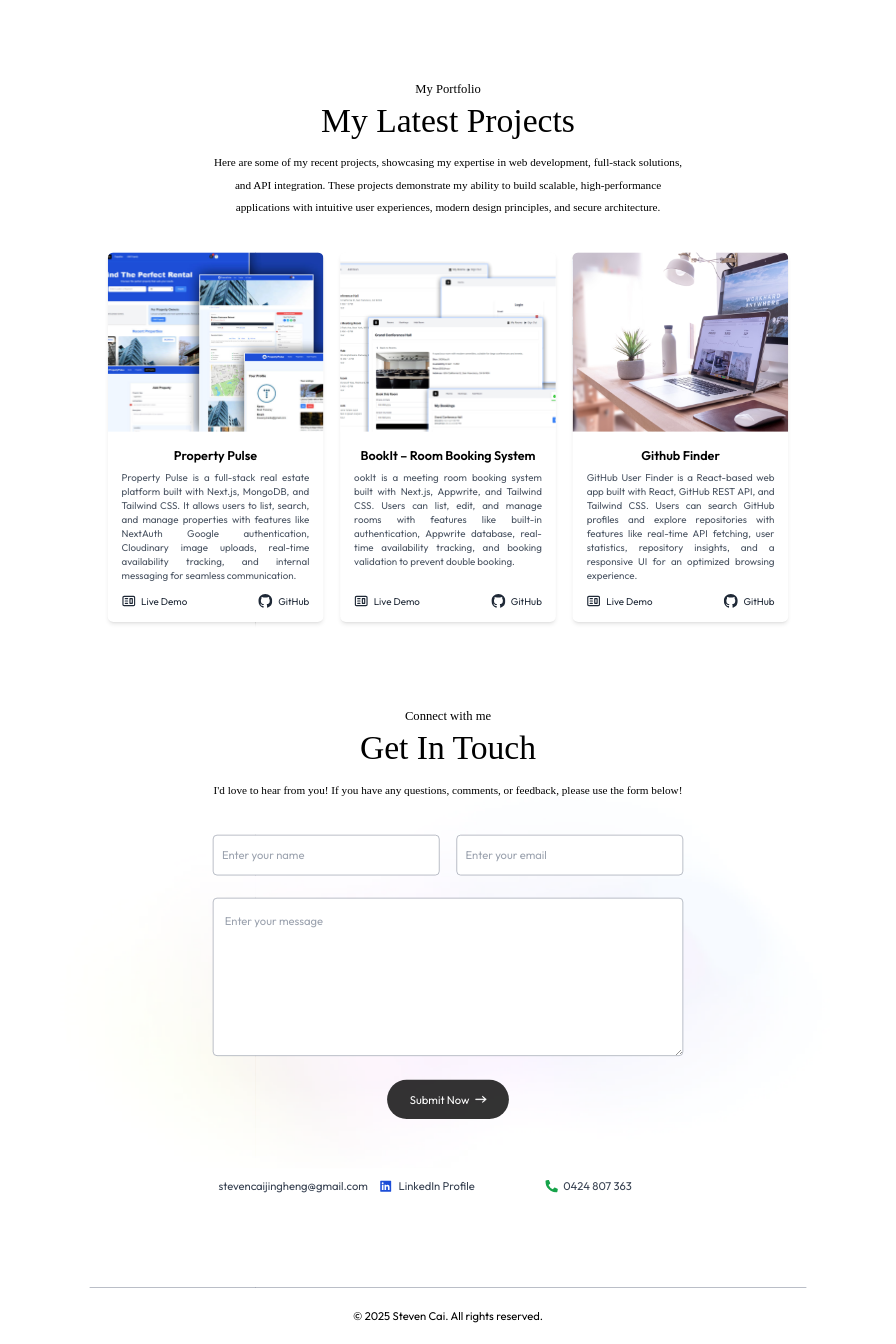
Repository: Steven4cai/profolio
Page: /
These files come from the project's save history. The page is drawn as it stood at one moment and after the next save; the edit follows.
The browser window is 1280 px wide. The pictures show the part of the page from y = 2281 to 4201 px (the page is 4201 px tall), at 70% of full size.
Some web fonts or font styles are not loaded; a fallback is used. The project was rebuilt for these pictures with package versions that can differ from the ones it lists, and the page was loaded fresh each time. The framework's server and built-in components were replaced by stand-ins that run in the browser. Also part of the build but not shown: next.config.mjs.

Above is the page before, as saved 2025-02-09 14:39:03.

### app/layout.js
import {Outfit,Ovo} from "next/font/google";
import "./globals.css";

const outfit = Outfit({
  subsets: ["latin"],weight:["400","500","600","700"]
});

const ovo = Ovo({
  subsets: ["latin"],weight:["400"]
});

export const metadata = {
  title: "Profolio - Steven",
  description: "",
};

export default function RootLayout({ children }) {
  return (
    <html lang="en" className="scroll-smooth ">
      <body className={`${outfit.className} ${ovo.className} antialiased leading-8 overflow-x-hidden
      dark:bg-darkTheme dark:text-white`}>
        <main>{children}</main>
      </body>
    </html>
  );
}

### app/page.js
'use client'
import About from "@/components/About";
import Header from "@/components/Header";
import Navbar from "@/components/Navbar";
import Services from "@/components/Services";
import Work from "@/components/Work";
import Contact from "@/components/Contact";
import Footer from "@/components/Footer";
import { useEffect, useState } from "react";

export default function Home() {
  const [isDark,setIsDark] = useState(false)

  useEffect(()=>{
    if(localStorage.theme === 'dark' || (!('theme' in localStorage) && window.matchMedia('(prefers-color-scheme:dark)').matches)){
      setIsDark(true)
    }else{
      setIsDark(false)
    }
  },[])

  useEffect(()=>{
    if(isDark){
      document.documentElement.classList.add('dark')
      localStorage.theme = 'dark'
    }else{
      document.documentElement.classList.remove('dark')
      localStorage.theme = ''
    }
  } ,[isDark])
  return (
    <>
    <Navbar isDark = {isDark} setIsDark = {setIsDark}/>
    <Header isDark = {isDark}/>
    <About isDark = {isDark}/>
    <Services isDark = {isDark}/>
    <Work isDark = {isDark}/>
    <Contact isDark = {isDark}/>
    <Footer isDark = {isDark}/>
    </>
  );
}

### components/About.jsx
import Image from 'next/image'
import React from 'react'
import {assets, infoList, toolsData} from '@/assets/assets'


const About = ({isDark}) => {
  return (
    <div id='about' className='w-full px-[12%] py-10 scroll-mt-20'>
      <h4 className='text-center mb-2 text-lg font-Ovo'>Introduction</h4>
      <h2 className='text-center text-5xl font-Ovo'>About Me</h2>

    <div className='flex w-full flex-col lg:flex-row items-center gap-20 my-20'>
        <div className='w-64 sm:w-80 rounded-3xl max-w-none'>
            <Image src={assets.user_image} alt='user'
            className='w-full rounded-3xl'/>
        </div>
        <div className='flex-1'>
            <p className='mb-10 max-w-2xl font-Ovo'>
            I am a web developer with a background in IT and software
         engineering. I specialize in building scalable and efficient web
          applications, focusing on clean code, performance optimization,
          and user experience. Skilled in both front-end and back-end
          technologies, I am always eager to learn and apply new solutions.
            </p>
            <ul className='grid grid-cols-1 sm:grid-cols-3 gap-6 max-w-2xl'>
                {infoList.map((info,index) => (
                    <li
                    className='border-[0.5px] border-gray-400 rounded-xl p-6
                    cursor-pointer hover:bg-lightHover hover:-translate-y-1 duration-500
                    hover:shadow-black
                    dark:border-white dark:hovr:shadow-white dark:hover:bg-darkHover/50'
                    key={index}>
                        <Image src={isDark ? info.iconDark : info.icon} alt={info.title} className='w-7 mt-3'/>
                        <h3 className='my-4 font-semiblod text-gray-700 dark:text-white'>{info.title}</h3>
                        <p className='text-gray-600 text-sm dark:text-white/80'>{info.description}</p>
                    </li>
                ))}
            </ul>

            <h4 className='my-6 text-gray-700 font-Ovo dark:text-white/80'>Tools I use</h4>


                <ul className='flex items-center gap-3 sm:gap-5'>
                    {toolsData.map((tool,index) => (
                        <li className=
                        'flex items-center justify-center w-12 sm:w-14 aspect-square border border-gray-400 rounded-lg cursor-pointer hover:-translate-y-1 duration-500'
                         key={index}>
                            <Image src={tool} alt='Tool' className='w-5 sm:w-7' />
                        </li>
                    ))}
                </ul>
        </div>
    </div>

    </div>
  )
}

export default About

### components/Header.jsx
import React from 'react'
import Image from 'next/image'
import {assets} from '@/assets/assets'

const Header = () => {
  return (
    <div className=
    'w-11/12 max-w-3xl text-center mx-auto h-screen flex flex-col items-center justify-center gap-4'>
      <div>
        <Image src={assets.profile_img} alt='' className='rounded-full w-32'/>
      </div>
      <h3 className='flex items-end gap-2 text-xl md:text-2xl mb-3 font-Ovo'>Hi! I'm Steven Cai <Image src={assets.hand_icon} alt='' className='w-6'/></h3>
        <h1 className='text-3xl sm:text-6xl lg:text-[66px] font-Ovo'>Frontend web developer based in Sydney</h1>
        <p className='max-w-2xl mx-auto font-Ovo'>
          Web developer with a strong foundation in software engineering,
           specializing in building efficient, scalable, and user-friendly
            applications.
        </p>
        <div className=
        'flex flex-col sm:flex-row items-center gap-4 mt-4'>
            <a href="#contact"
             className='px-10 py-3 border rounded-full bg-black text-white flex items-center gap-2
             dark:bg-transparent'>
                Contact me  <Image src={assets.right_arrow_white} alt='' className='w-4'/></a>
            <a href="/Steven_Cai_ITResume.pdf" download
            className='px-10 py-3 border rounded-full border-gray-500 flex items-center gap-2
            bg-white dark:text-black'
            >My resume  <Image src={assets.download_icon} alt='' className='w-4'/></a>

        </div>


    </div>
  )
}

export default Header

### components/Navbar.jsx
'use client'

import Image from 'next/image'
import React, { useEffect, useState } from 'react'
import {assets} from '@/assets/assets'

const Navbar = ({isDark,setIsDark}) => {
    const [isScroll, setIsScrool] = useState(false)

    const [isMenuOpen, setIsMenuOpen] = useState(false);

    const openMenu = () => {
        setIsMenuOpen(true);
    };

    const closeMenu = () => {
        setIsMenuOpen(false);
    };

    useEffect(()=>{
        window.addEventListener('scroll',()=>{
            if(scrollY > 50){
                setIsScrool(true)
            }else{
                setIsScrool(false)
            }
        })
    } ,[])

    return (
        <>
            <div className='fixed top-0 right-0 w-11/12 -z-10 translate-y-[-80%] dark:hidden'>
                <Image src={assets.header_bg_color} alt='' className='w-full' />
            </div>

            <nav className={`w-full fixed px-5 lg:px-8 xl:px-[8%] py-4 flex
                items-center justify-between z-50 ${isScroll
                ? 'bg-white bg-opacity-50 backdrop-blur-lg shadow-sm dark:bg-darkTheme dark:shadow-white/20'
                : ''}`}>
                <a href="#top">
                    <Image alt='logo' className='w-28 cursor-pointer mr-14 bg-white rounded-full' src={assets.logo} />
                </a>

                <ul className={`hidden md:flex items-center gap-6
                    lg:gap-8 rounded-full px-12 py-3
                    ${isScroll ?'' : 'bg-white shadow-sm bg-opacity-50 dark:border dark:border-white/50 dark:bg-transparent'}`}>
                    <li><a className='font-Ovo' href="#top">Home</a></li>
                    <li><a className='font-Ovo' href="#about">About me</a></li>
                    <li><a className='font-Ovo' href="#services">Services</a></li>
                    <li><a className='font-Ovo' href="#work">My Work</a></li>
                    <li><a className='font-Ovo' href="#contact">Contact me</a></li>
                </ul>

                <div className='flex items-center gap-4'>

                    <button onClick={() => setIsDark(prev => !prev)}>
                        <Image src={isDark ? assets.sun_icon : assets.moon_icon} alt='' className='w-6' />
                    </button>

                    <a href='#contact' className='hidden lg:flex items-center gap-3 px-10 py-2.5
                    border border-gray-500 rounded-full ml-4 font-Ovo
                    dark:border-white/50'>
                        Contact <Image className='w-3' src={isDark ?assets.arrow_icon_dark :assets.arrow_icon} alt='arrowicon' />
                    </a>

                    <button className='block md:hidden ml-3' onClick={openMenu}>
                        <Image src={isDark ?assets.menu_white :assets.menu_black} alt='' className='w-6' />
                    </button>
                </div>

                <ul className={`flex flex-col gap-4 py-20 px-10
                fixed -right-0 top-0 bottom-0 w-64 z-50 h-screen bg-rose-50
                transition duration-500' dark:bg-darkHover dark:text-white
                ${isMenuOpen ? 'translate-x-0' : 'translate-x-[16rem]'} md:hidden`}>
                    {/* Close Button */}
                    <div className='absolute right-6 top-6' onClick={closeMenu}>
                        <Image src={isDark ?assets.close_white :assets.close_black} alt='' className='w-5 cursor-pointer' />
                    </div>

                    <li><a onClick={closeMenu} className='font-Ovo' href="#top">Home</a></li>
                    <li><a onClick={closeMenu} className='font-Ovo' href="#about">About me</a></li>
                    <li><a onClick={closeMenu} className='font-Ovo' href="#services">Services</a></li>
                    <li><a onClick={closeMenu} className='font-Ovo' href="#work">My Work</a></li>
                    <li><a onClick={closeMenu} className='font-Ovo' href="#contact">Contact me</a></li>
                </ul>
            </nav>
        </>
    )
}

export default Navbar;

### components/Services.jsx
import React from "react";
import { TbWorld } from "react-icons/tb";
import { RiStackFill } from "react-icons/ri";
import { AiOutlineApi } from "react-icons/ai";
import { MdSecurity } from "react-icons/md";

export const serviceData = [
  { icon: <TbWorld className="text-4xl text-gray-700 dark:text-white" />, title: 'Frontend Development', description: 'Building modern, responsive, and interactive web applications using React.js, Next.js, and Tailwind CSS to ensure seamless user experience.', link: '' },
  { icon: <RiStackFill className="text-4xl text-gray-700 dark:text-white" />, title: 'Full-Stack Development', description: 'Developing scalable web applications with Next.js, Appwrite, MongoDB, and Firebase, handling both frontend and backend efficiently.', link: '' },
  { icon: <AiOutlineApi className="text-4xl text-gray-700 dark:text-white" />, title: 'API Development & Integration', description: 'Creating and integrating RESTful APIs to enable smooth data communication between systems, ensuring high performance and security.', link: '' },
  { icon: <MdSecurity className="text-4xl text-gray-700 dark:text-white" />, title: 'Authentication & Security', description: 'Implementing secure authentication using NextAuth.js, OAuth, JWT, and Firebase Auth, ensuring data protection and user privacy.', link: '' },
];

const Services = () => {
  return (
    <div id='services' className='w-full px-[12%] py-10 scroll-mt-20'>
      <h4 className='text-center mb-2 text-lg font-Ovo'>What I offer</h4>
      <h2 className='text-center text-5xl font-Ovo'>My Services</h2>

      <p className='text-center max-w-2xl mx-auto mt-5 mb-12 font-Ovo'>
        I design and develop modern, high-performance web applications with
        a focus on efficiency, scalability, and seamless user experience. Whether
        it’s front-end UI/UX, full-stack solutions, or API integrations,
        I build robust and maintainable systems tailored to business needs.
      </p>

      <div className='grid grid-cols-1 sm:grid-cols-2 md:grid-cols-4 gap-6 my-10'>
        {serviceData.map(({ icon, title, description, link }, index) => (
          <div
            className='border border-gray-400 rounded-lg px-8 py-10 flex flex-col items-center text-center
              hover:shadow-black cursor-pointer hover:bg-lightHover hover:-translate-y-1 duration-500
              dark:hover:bg-darkHover dark:hover:shadow-white'
            key={index}
          >
            {icon}
            <h3 className='text-lg my-4 text-gray-700 dark:text-white'>{title}</h3>
            <p className='text-sm text-gray-600 leading-5 dark:text-white/80'>{description}</p>
          </div>
        ))}
      </div>
    </div>
  );
};

export default Services;

### components/Work.jsx
import { assets, workData } from '@/assets/assets';
import React from 'react';
import Image from 'next/image';
import Link from 'next/link';
import { BsGithub } from 'react-icons/bs';
import { CgWebsite } from 'react-icons/cg';

const Work = ({ isDark }) => {
  return (
    <div id="work" className="w-full px-[12%] py-10 scroll-mt-20">
      <h4 className="text-center mb-2 text-lg font-Ovo">My Portfolio</h4>
      <h2 className="text-center text-5xl font-Ovo">My Latest Projects</h2>

      <p className="text-center max-w-2xl mx-auto mt-5 mb-12 font-Ovo">
      Here are some of my recent projects, showcasing my expertise in web
       development, full-stack solutions, and API integration. These projects
        demonstrate my ability to build scalable, high-performance applications
         with intuitive user experiences, modern design principles, and secure
         architecture.
      </p>

      <div className="grid grid-cols-1 sm:grid-cols-2 md:grid-cols-3 gap-6 my-10">
  {workData.map((work, index) => (
    <div
      key={index}
      className="flex flex-col bg-white dark:bg-gray-900 rounded-lg shadow-md overflow-hidden group cursor-pointer"
    >
      <div
        className="h-64 bg-cover bg-center transition-transform duration-500 group-hover:scale-105"
        style={{ backgroundImage: `url(${work.bgImage})` }}
      ></div>

      <div
        className="p-5 w-full flex flex-col flex-grow transition-all duration-500 group-hover:-translate-y-2"
      >
        <h2 className="font-semibold text-lg dark:text-white text-center">
          {work.title}
        </h2>
        <p className="text-sm text-gray-600 dark:text-gray-300 mt-2 text-justify flex-grow">
          {work.description}
        </p>

        <div className="mt-4 flex justify-between items-center">
          <Link
            href={work.website}
            target="_blank"
            className="flex items-center gap-2 text-sm text-gray-800 dark:text-white hover:text-blue-500 transition-colors"
          >
            <CgWebsite className="text-xl" /> Live Demo
          </Link>

          <Link
            href={work.github}
            target="_blank"
            className="flex items-center gap-2 text-sm text-gray-800 dark:text-white hover:text-gray-600 transition-colors"
          >
            <BsGithub className="text-xl" /> GitHub
          </Link>
        </div>
      </div>
    </div>
  ))}
</div>

    </div>
  );
};

export default Work;

### components/Contact.jsx
'use client'
import { assets } from '@/assets/assets'
import React,{ useState } from 'react'
import Image from 'next/image'
import { FaPhoneAlt,FaMailBulk } from "react-icons/fa";
import Link from 'next/link';
import { AiFillLinkedin } from "react-icons/ai";
const Contact = () => {

    const [result, setResult] = React.useState("");

  const onSubmit = async (event) => {
    event.preventDefault();
    setResult("Sending....");
    const formData = new FormData(event.target);

    formData.append("access_key", "d1d257f8-3b83-45d6-8d1c-4f4ca340e588");

    const response = await fetch("https://api.web3forms.com/submit", {
      method: "POST",
      body: formData
    });

    const data = await response.json();

    if (data.success) {
      setResult("Form Submitted Successfully");
      event.target.reset();
    } else {
      console.log("Error", data);
      setResult(data.message);
    }
  };


  return (
    <div id='contact' className='w-full px-[12%] py-10 scroll-mt-20 bg-[url("/footer-bg-color.png")] bg-no-repeat
    bg-center bg-[length:90%_auto] dark:bg-none'>
        <h4 className='text-center mb-2 text-lg font-Ovo'>Connect with me</h4>
        <h2 className='text-center text-5xl font-Ovo'>Get In Touch</h2>

        <p className='text-center max-w-2xl mx-auto mt-5 mb-12 font-Ovo'>
       I'd love to hear from you! If you have any questions, comments, or feedback, please use the form below!
        </p>

        <form onSubmit={onSubmit} className='max-w-2xl mx-auto'>
            <div className='grid grid-cols-auto gap-6 mt-10 mb-8'>
                <input
                className='flex-1 p-3 outline-none border-[0.5px] border-gray-400 rounded-md bg-white
                dark:bg-darkHover/30 dark:border-white/90'
                type="text" placeholder='Enter your name' required name="name" />
                <input
                className='flex-1 p-3 outline-none border-[0.5px] border-gray-400 rounded-md bg-white
                dark:bg-darkHover/30 dark:border-white/90'
                type="email" placeholder='Enter your email' required name="email" />
            </div>
            <textarea
            className='w-full p-4 outline-none border-[0.5px] border-gray-400 rounded-md bg-white mb-6
            dark:bg-darkHover/30 dark:border-white/90'
            rows={6} placeholder='Enter your message'  name="message" required></textarea>
            <button
            className='py-3 px-8 w-max flex items-center justify-between gap-2 bg-black/80 text-white rounded-full
            mx-auto hover:bg-black duration-500 dark:bg-transparent dark:border-[0.5px] dark:hover:bg-darkHover'
            type='submit'>
                Submit Now <Image src={assets.right_arrow_white} alt='' className='w-4'/>
            </button>

            <p className='mt-4'>{result}</p>
            <div className='mt-20'>
            <div className='grid grid-cols-1 sm:grid-cols-2 md:grid-cols-3 gap-10 my-10'>
      <Link href="mailto:stevencaijingheng@gmail.com">
        <div className='flex items-center gap-2'>
          <FaMailBulk className='w-6' />
          <span className="text-gray-700 dark:text-white">stevencaijingheng@gmail.com</span>
        </div>
      </Link>

        <Link href="https://www.linkedin.com/in/stevencai1" target="_blank" rel="noopener noreferrer">
          <div className='flex items-center gap-2 cursor-pointer hover:text-blue-500 transition'>
            <AiFillLinkedin className='text-blue-700 dark:text-blue-400 text-xl' />
            <span className="text-gray-700 dark:text-white">LinkedIn Profile</span>
          </div>
        </Link>

        <div className='flex items-center gap-2'>
          <FaPhoneAlt className='text-green-600 text-lg' />
          <span className="text-gray-700 dark:text-white">0424 807 363</span>
        </div>
      </div>
      </div>
        </form>
    </div>
  )
}

export default Contact

### components/Footer.jsx
import Image from 'next/image'
import React from 'react'
import { assets } from '@/assets/assets'


const Footer = ({ isDark }) => {
  const currentYear = new Date().getFullYear();

  return (




      <div className='text-center border-t border-gray-400 mx-[10%] mt-12 py-6'>
        <p>&copy; {currentYear} Steven Cai. All rights reserved.</p>
      </div>

  )
}

export default Footer;

### tailwind.config.mjs
/** @type {import('tailwindcss').Config} */
export default {
  content: [
    "./pages/**/*.{js,ts,jsx,tsx,mdx}",
    "./components/**/*.{js,ts,jsx,tsx,mdx}",
    "./app/**/*.{js,ts,jsx,tsx,mdx}",
  ],
  theme: {
    extend: {
      colors: {
        lightHover: '#fcf4ff',
        darkHover: '#2a004a',
        darkTheme: '#11001F'
      },
      fontFamily:{
        Outfit:["Outfit", "sans-serif"],
        Ovo: ["Ovo", "serif"]
      },
      boxShadow:{
        'black': '4px 4px 0 #000',
        'white': '4px 4px 0 #fff',
      },
      gridTemplateColumns:{
        'auto':'repeat(auto-fit,minmax(200px,1fr))'
      }
    },
  },
  darkMode: 'selector',
  plugins: [],
};

Loaded but not shown: app/globals.css (common file); assets/assets.js (123 lines, source omitted)

After the next save:
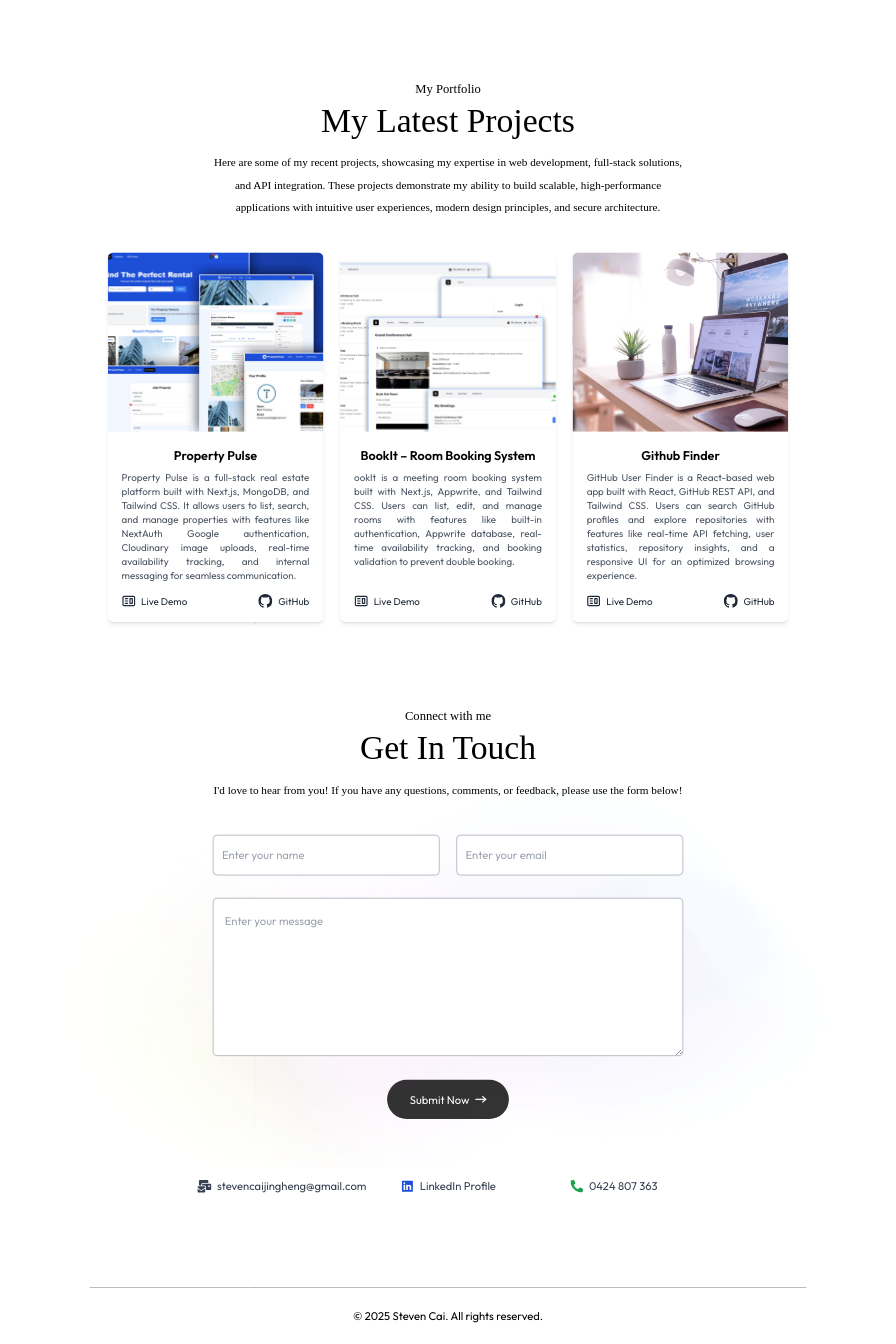
Saved 66 s later.
--- a/components/Contact.jsx
+++ b/components/Contact.jsx
@@ -67,26 +67,30 @@ const Contact = () => {
 
             <p className='mt-4'>{result}</p>
             <div className='mt-20'>
-            <div className='grid grid-cols-1 sm:grid-cols-2 md:grid-cols-3 gap-10 my-10'>
-      <Link href="mailto:stevencaijingheng@gmail.com">
-        <div className='flex items-center gap-2'>
-          <FaMailBulk className='w-6' />
-          <span className="text-gray-700 dark:text-white">stevencaijingheng@gmail.com</span>
-        </div>
-      </Link>
+            <div className="grid grid-cols-1 sm:grid-cols-2 md:grid-cols-3 gap-10 justify-items-center my-10">
+  {/* 📧 邮件 */}
+  <Link href="mailto:stevencaijingheng@gmail.com">
+    <div className="flex items-center gap-2 cursor-pointer hover:text-blue-500 transition">
+      <FaMailBulk className="text-xl text-gray-700 dark:text-white" />
+      <span className="text-gray-700 dark:text-white">stevencaijingheng@gmail.com</span>
+    </div>
+  </Link>
 
-        <Link href="https://www.linkedin.com/in/stevencai1" target="_blank" rel="noopener noreferrer">
-          <div className='flex items-center gap-2 cursor-pointer hover:text-blue-500 transition'>
-            <AiFillLinkedin className='text-blue-700 dark:text-blue-400 text-xl' />
-            <span className="text-gray-700 dark:text-white">LinkedIn Profile</span>
-          </div>
-        </Link>
+  {/* 🔗 LinkedIn */}
+  <Link href="https://www.linkedin.com/in/stevencai1" target="_blank" rel="noopener noreferrer">
+    <div className="flex items-center gap-2 cursor-pointer hover:text-blue-500 transition">
+      <AiFillLinkedin className="text-blue-700 dark:text-blue-400 text-xl" />
+      <span className="text-gray-700 dark:text-white">LinkedIn Profile</span>
+    </div>
+  </Link>
 
-        <div className='flex items-center gap-2'>
-          <FaPhoneAlt className='text-green-600 text-lg' />
-          <span className="text-gray-700 dark:text-white">0424 807 363</span>
-        </div>
-      </div>
+  {/* 📞 电话 */}
+  <div className="flex items-center gap-2">
+    <FaPhoneAlt className="text-green-600 text-lg" />
+    <span className="text-gray-700 dark:text-white">0424 807 363</span>
+  </div>
+</div>
+
       </div>
         </form>
     </div>
